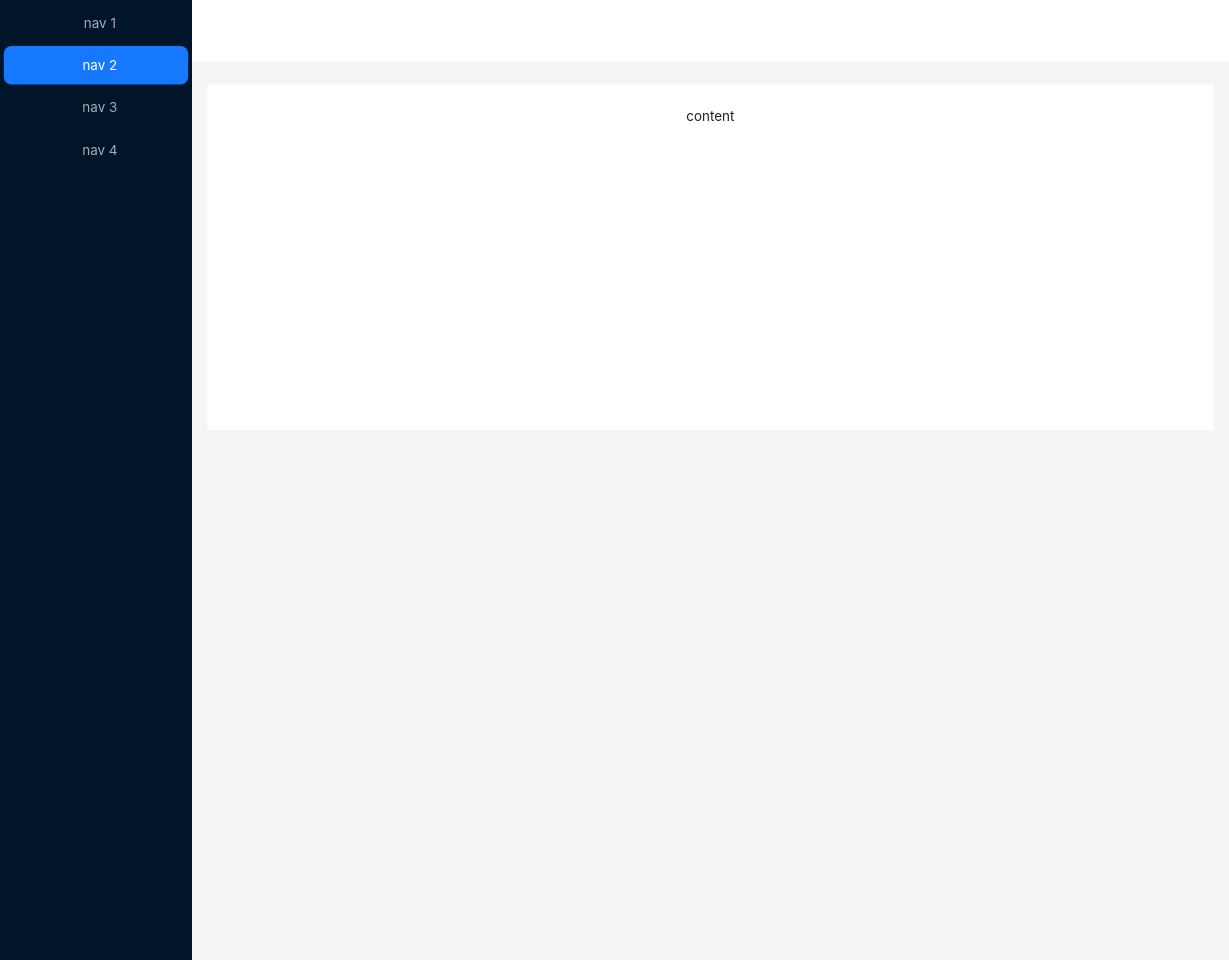
Repository: runner855/todolist_new
Page: /
The author's editor kept a copy of each file at every save. The page is drawn from the files as they stood at one save, then again after the next save.
The browser window is 1280 px wide. The pictures show the whole page, at 96% of full size.
The project was rebuilt for these pictures with package versions that can differ from the ones it lists, and the page was loaded fresh each time.

Above is the page before, as saved 2023-03-19 16:29:02.

After the next save:
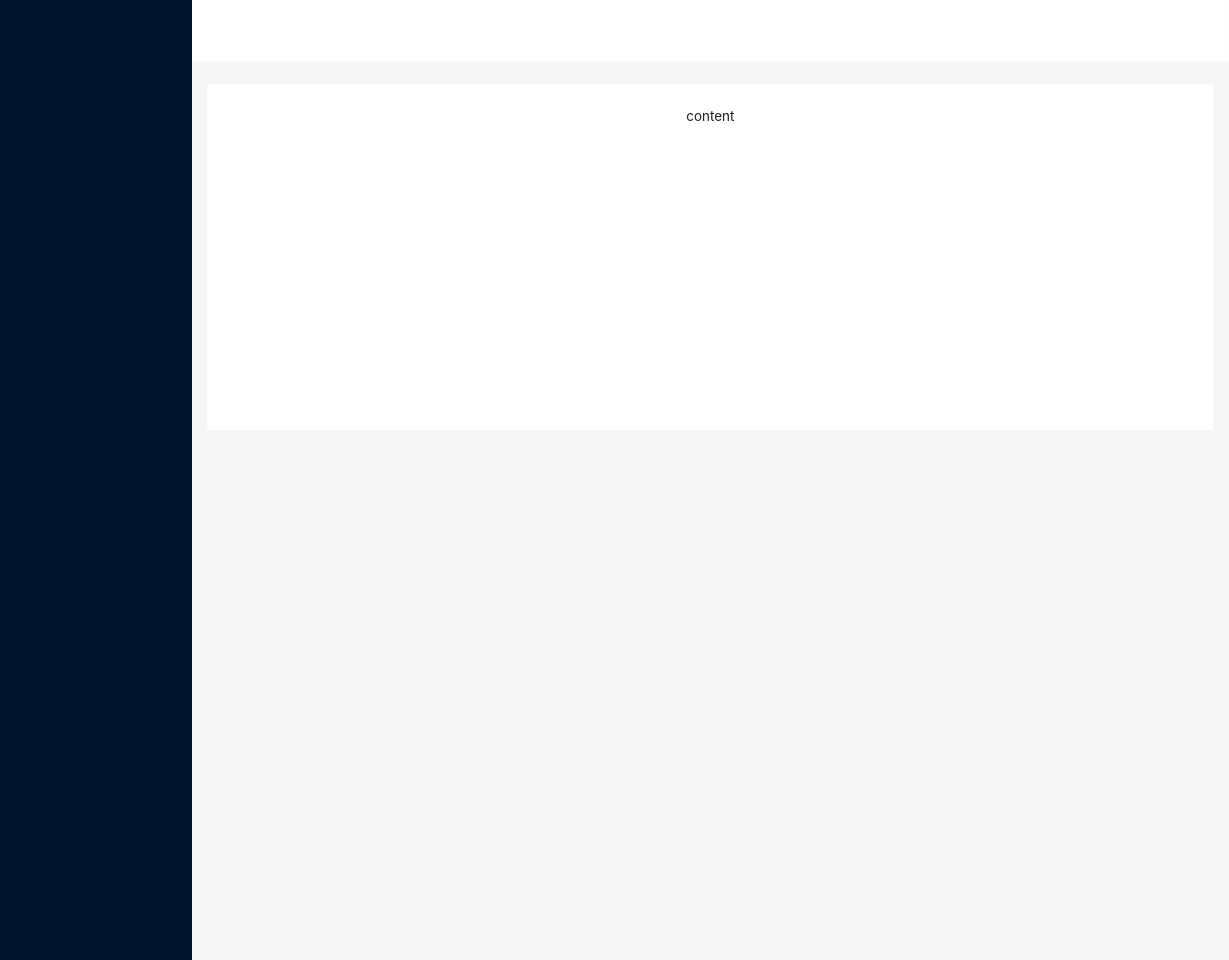
Saved 85 s later.
--- a/src/components/NavBar/NavBar.tsx
+++ b/src/components/NavBar/NavBar.tsx
@@ -30,13 +30,7 @@ export const NavBar = () => {
           theme="dark"
           mode="inline"
           defaultSelectedKeys={['2']}
-          items={[UserOutlined, VideoCameraOutlined, UploadOutlined, UserOutlined].map(
-            (icon, index) => ({
-              key: String(index + 1),
-              icon: GrTasks,
-              label: `nav ${index + 1}`,
-            }),
-          )}
+
         />
       </Sider>
       <Layout>
